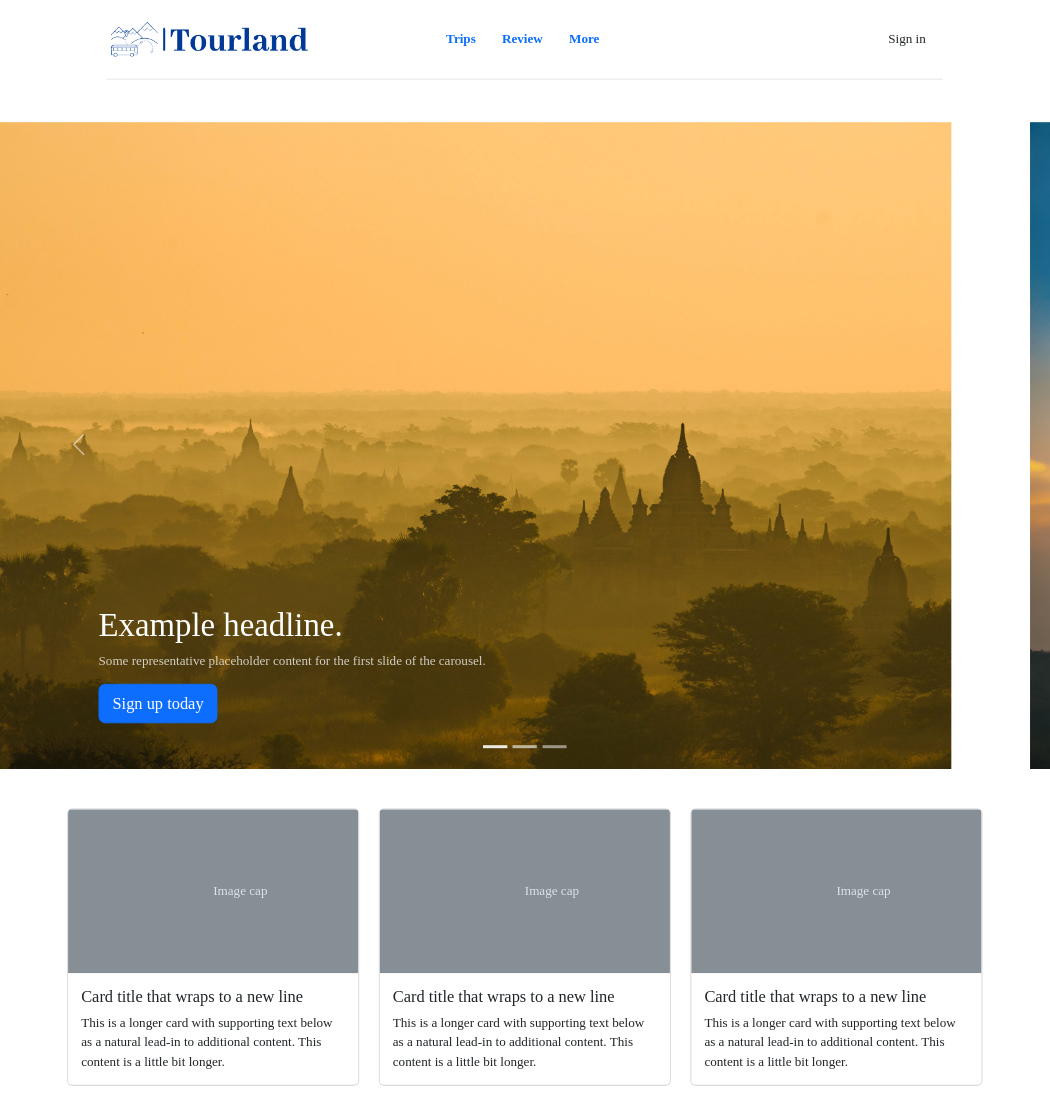
Repository: nyeinsu4520/tourland
Page: http://localhost/index
These files come from the project's save history. The page is drawn as it stood at one moment and after the next save; the edit follows.
The browser window is 1280 px wide. The pictures show the whole page, at 82% of full size.
Some web fonts or font styles are not loaded; a fallback is used. The page is this project's Thymeleaf template; nobody is signed in. The template is opened directly, without the code that normally fills it, so the values that code supplies are empty.

Above is the page before, as saved 2024-05-31 17:16:12.

### Tourland/src/main/resources/templates/index.html
<!DOCTYPE html>
<html>
<head>
<meta charset="ISO-8859-1">
<title>Insert title here</title>

	<link rel="icon" href="img/tourland2.png" type="image/png" />
    <link rel="stylesheet" href="./bootstrap/css/bootstrap.min.css" />
    <script src="./bootstrap/js/bootstrap.bundle.min.js"></script>
    <link href="https://cdnjs.cloudflare.com/ajax/libs/font-awesome/6.5.2/css/all.min.css"/>
    <link rel="stylesheet" href="style.css" />
    <style>
      #google_translate_element {
          display: none;
      }
  </style>
</head>
<body>

<div class="container">
      <header
        class="d-flex flex-wrap align-items-center justify-content-center justify-content-md-between py-3 mx-5 border-bottom"
      >
        <div class="col-md-auto mb-2 mb-md-0">
          <img class="logo" src="/image/img/tourland1.png" alt="" width="230px" />
        </div>

        <ul class="nav col-12 col-md-auto mb-2 justify-content-center mb-md-0">
          <li class="nav-item dropdown">
            <a
              class="nav-link fw-bold py-1 px-0 m-3 active"
              href="#"
              data-bs-toggle="dropdown"
              aria-expanded="false"
              >Trips</a
            >
            <ul class="dropdown-menu ">
              <li><a class="dropdown-item" href="#">One day Trip</a></li>
              <li><a class="dropdown-item" href="#">One Week Trip</a></li>
              <li><a class="dropdown-item" href="#">View my Trips</a></li>
            </ul>
          </li>
          <li class="nav-item dropdown">
            <a
              class="nav-link fw-bold py-1 px-0 m-3 active"
              href="#"
              data-bs-toggle="dropdown"
              aria-expanded="false"
              >Review</a
            >
            <ul class="dropdown-menu">
              <li><a class="dropdown-item" href="#">Write a Review</a></li>
              <li><a class="dropdown-item" href="#">Post a Photo</a></li>
              <li><a class="dropdown-item" href="#">Review Comments</a></li>
            </ul>
          </li>
          <li class="nav-item dropdown">
            <a
              class="nav-link nav-link-active fw-bold py-1 px-0 m-3 active"
              href="#"
              data-bs-toggle="dropdown"
              aria-expanded="false"
              >More</a
            >
            <ul class="dropdown-menu">
              <li><a class="dropdown-item" href="#">Restaurant</a></li>
              <li><a class="dropdown-item" href="#">Hotel</a></li>
              <li><a class="dropdown-item" href="#">Rental Cars</a></li>
            </ul>
          </li>
        </ul>

        <div class="col-md-3 text-end">
          <button type="button" class="btn btn-outline-first me-2">
            Sign in
          </button>
        </div>
      </header>
</div>

<div id="myCarousel" class="carousel slide mt-5 pt-1 mb-6" data-bs-ride="carousel">
      <div class="carousel-indicators">
        <button type="button" data-bs-target="#myCarousel" data-bs-slide-to="0" class="active" aria-current="true" aria-label="Slide 1"></button>
        <button type="button" data-bs-target="#myCarousel" data-bs-slide-to="1" aria-label="Slide 2"></button>
        <button type="button" data-bs-target="#myCarousel" data-bs-slide-to="2" aria-label="Slide 3"></button>
      </div>
      <div class="carousel-inner">
        <div class="carousel-item active">
          <img class="px-5" src="./image/img/bagan1.jpg" width="100%" >
          <div class="container">
            <div class="carousel-caption text-start">
              <h1>Example headline.</h1>
              <p class="opacity-75">Some representative placeholder content for the first slide of the carousel.</p>
              <p><a class="btn btn-lg btn-primary" href="#">Sign up today</a></p>
            </div>
          </div>
        </div>
        <div class="carousel-item">
          <img class="px-5" src="./image/img/kyitehtiyo.jfif" width="100%" >
          <div class="container">
            <div class="carousel-caption">
              <h1>Another example headline.</h1>
              <p>Some representative placeholder content for the second slide of the carousel.</p>
              <p><a class="btn btn-lg btn-primary" href="#">Learn more</a></p>
            </div>
          </div>
        </div>
        <div class="carousel-item">
           <img class="px-5" src="./image/img/shwesikhone.jpg" width="100%" >
          <div class="container">
            <div class="carousel-caption text-end">
              <h1>One more for good measure.</h1>
              <p>Some representative placeholder content for the third slide of this carousel.</p>
              <p><a class="btn btn-lg btn-primary" href="#">Browse gallery</a></p>
            </div>
          </div>
        </div>
      </div>
      <button class="carousel-control-prev" type="button" data-bs-target="#myCarousel" data-bs-slide="prev">
        <span class="carousel-control-prev-icon" aria-hidden="true"></span>
        <span class="visually-hidden">Previous</span>
      </button>
      <button class="carousel-control-next" type="button" data-bs-target="#myCarousel" data-bs-slide="next">
        <span class="carousel-control-next-icon" aria-hidden="true"></span>
        <span class="visually-hidden">Next</span>
      </button>
    </div>

	<div class="container mt-5">
	<div class="row">
	<div class="col-sm-6 col-lg-4 mb-4">
      <div class="card">
        <svg class="bd-placeholder-img card-img-top" width="100%" height="200" xmlns="http://www.w3.org/2000/svg" role="img" aria-label="Placeholder: Image cap" preserveAspectRatio="xMidYMid slice" focusable="false"><title>Placeholder</title><rect width="100%" height="100%" fill="#868e96"/><text x="50%" y="50%" fill="#dee2e6" dy=".3em">Image cap</text></svg>
        <div class="card-body">
          <h5 class="card-title">Card title that wraps to a new line</h5>
          <p class="card-text">This is a longer card with supporting text below as a natural lead-in to additional content. This content is a little bit longer.</p>
        </div>
      </div>
    </div>
    <div class="col-sm-6 col-lg-4 mb-4">
      <div class="card">
        <svg class="bd-placeholder-img card-img-top" width="100%" height="200" xmlns="http://www.w3.org/2000/svg" role="img" aria-label="Placeholder: Image cap" preserveAspectRatio="xMidYMid slice" focusable="false"><title>Placeholder</title><rect width="100%" height="100%" fill="#868e96"/><text x="50%" y="50%" fill="#dee2e6" dy=".3em">Image cap</text></svg>
        <div class="card-body">
          <h5 class="card-title">Card title that wraps to a new line</h5>
          <p class="card-text">This is a longer card with supporting text below as a natural lead-in to additional content. This content is a little bit longer.</p>
        </div>
      </div>
    </div>
    <div class="col-sm-6 col-lg-4 mb-4">
      <div class="card">
        <svg class="bd-placeholder-img card-img-top" width="100%" height="200" xmlns="http://www.w3.org/2000/svg" role="img" aria-label="Placeholder: Image cap" preserveAspectRatio="xMidYMid slice" focusable="false"><title>Placeholder</title><rect width="100%" height="100%" fill="#868e96"/><text x="50%" y="50%" fill="#dee2e6" dy=".3em">Image cap</text></svg>
        <div class="card-body">
          <h5 class="card-title">Card title that wraps to a new line</h5>
          <p class="card-text">This is a longer card with supporting text below as a natural lead-in to additional content. This content is a little bit longer.</p>
        </div>
      </div>
    </div>
    </div>

	</div>



</body>
</html>

### Tourland/src/main/resources/static/image/img/style.css
@import url('https://fonts.googleapis.com/css2?family=Jersey+20&family=Jersey+25&family=Josefin+Sans:ital,wght@0,100..700;1,100..700&family=Noto+Sans+Myanmar:wght@100;200;300;400;500;600;700;800;900&family=Nunito+Sans:ital,opsz,wght@0,6..12,200..1000;1,6..12,200..1000&family=Platypi:ital,wght@0,300..800;1,300..800&display=swap');


.nunito-sans {
    font-family: "Nunito Sans", sans-serif;
    font-optical-sizing: auto;
    font-style: normal;
    font-variation-settings:
      "wdth" 100,
      "YTLC" 500;
  }


  *  {
    font-family: "Nunito Sans";

}


.logo{
    width: 250px;
}

Loaded but not shown: Tourland/src/main/resources/static/bootstrap/css/bootstrap.min.css (library); Tourland/src/main/resources/static/bootstrap/js/bootstrap.bundle.min.js (library)

After the next save:
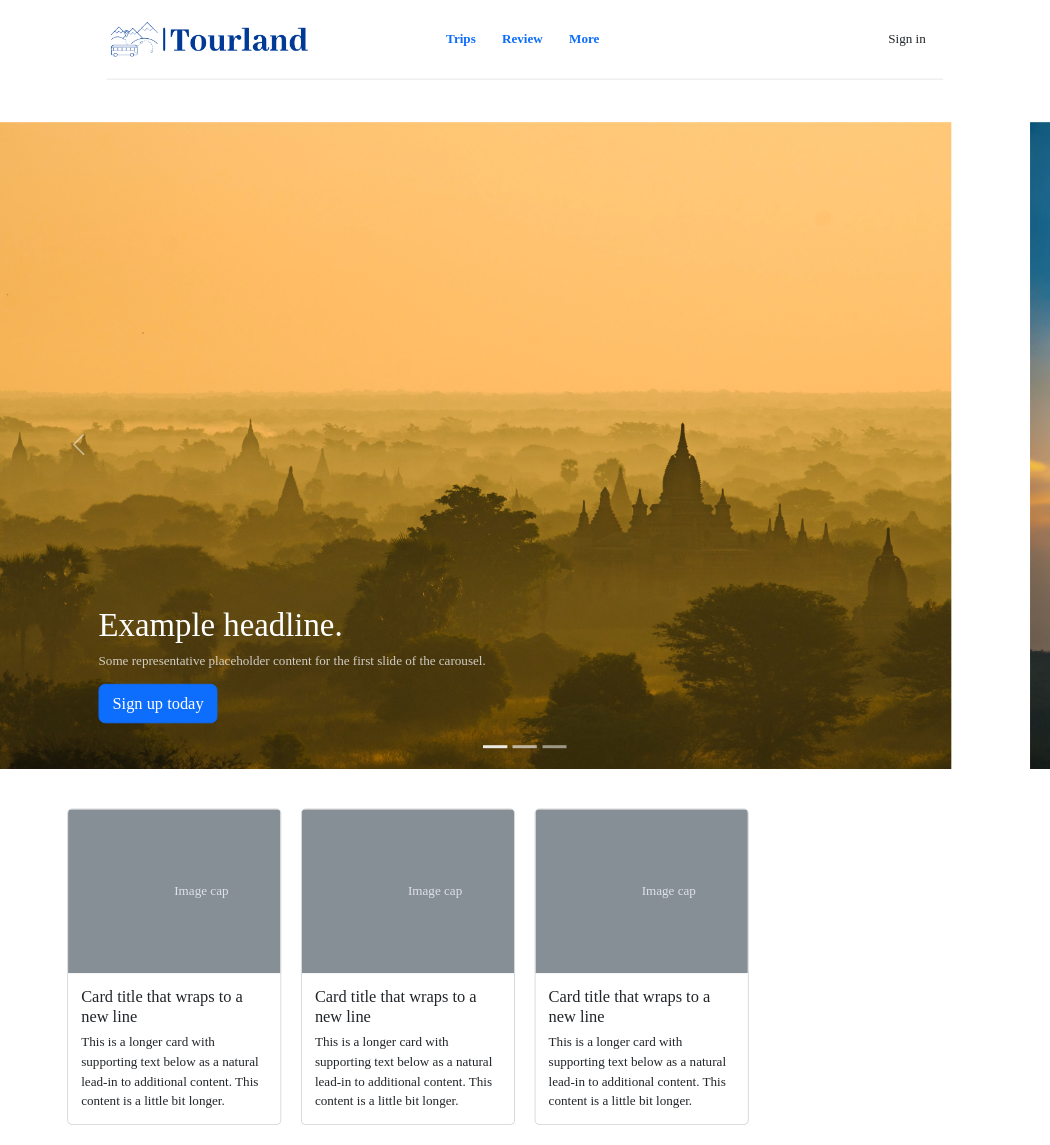
Saved 2 min 10 s later.
--- a/Tourland/src/main/resources/templates/index.html
+++ b/Tourland/src/main/resources/templates/index.html
@@ -128,32 +128,32 @@
 
 	<div class="container mt-5">
 	<div class="row">
-	<div class="col-sm-6 col-lg-4 mb-4">
-      <div class="card">
+	<div class="col-sm-6 col-md-4 col-lg-3 mb-4">
+        <div class="card">
         <svg class="bd-placeholder-img card-img-top" width="100%" height="200" xmlns="http://www.w3.org/2000/svg" role="img" aria-label="Placeholder: Image cap" preserveAspectRatio="xMidYMid slice" focusable="false"><title>Placeholder</title><rect width="100%" height="100%" fill="#868e96"/><text x="50%" y="50%" fill="#dee2e6" dy=".3em">Image cap</text></svg>
-        <div class="card-body">
-          <h5 class="card-title">Card title that wraps to a new line</h5>
-          <p class="card-text">This is a longer card with supporting text below as a natural lead-in to additional content. This content is a little bit longer.</p>
+         	<div class="card-body">
+         	<h5 class="card-title">Card title that wraps to a new line</h5>
+         	<p class="card-text">This is a longer card with supporting text below as a natural lead-in to additional content. This content is a little bit longer.</p>
+          	</div>
         </div>
-      </div>
     </div>
-    <div class="col-sm-6 col-lg-4 mb-4">
-      <div class="card">
+    <div class="col-sm-6 col-md-4 col-lg-3 mb-4">
+        <div class="card">
         <svg class="bd-placeholder-img card-img-top" width="100%" height="200" xmlns="http://www.w3.org/2000/svg" role="img" aria-label="Placeholder: Image cap" preserveAspectRatio="xMidYMid slice" focusable="false"><title>Placeholder</title><rect width="100%" height="100%" fill="#868e96"/><text x="50%" y="50%" fill="#dee2e6" dy=".3em">Image cap</text></svg>
-        <div class="card-body">
-          <h5 class="card-title">Card title that wraps to a new line</h5>
-          <p class="card-text">This is a longer card with supporting text below as a natural lead-in to additional content. This content is a little bit longer.</p>
+         	<div class="card-body">
+         	<h5 class="card-title">Card title that wraps to a new line</h5>
+         	<p class="card-text">This is a longer card with supporting text below as a natural lead-in to additional content. This content is a little bit longer.</p>
+          	</div>
         </div>
-      </div>
     </div>
-    <div class="col-sm-6 col-lg-4 mb-4">
-      <div class="card">
+    <div class="col-sm-6 col-md-4 col-lg-3 mb-4">
+        <div class="card">
         <svg class="bd-placeholder-img card-img-top" width="100%" height="200" xmlns="http://www.w3.org/2000/svg" role="img" aria-label="Placeholder: Image cap" preserveAspectRatio="xMidYMid slice" focusable="false"><title>Placeholder</title><rect width="100%" height="100%" fill="#868e96"/><text x="50%" y="50%" fill="#dee2e6" dy=".3em">Image cap</text></svg>
-        <div class="card-body">
-          <h5 class="card-title">Card title that wraps to a new line</h5>
-          <p class="card-text">This is a longer card with supporting text below as a natural lead-in to additional content. This content is a little bit longer.</p>
+         	<div class="card-body">
+         	<h5 class="card-title">Card title that wraps to a new line</h5>
+         	<p class="card-text">This is a longer card with supporting text below as a natural lead-in to additional content. This content is a little bit longer.</p>
+          	</div>
         </div>
-      </div>
     </div>
     </div>
 
